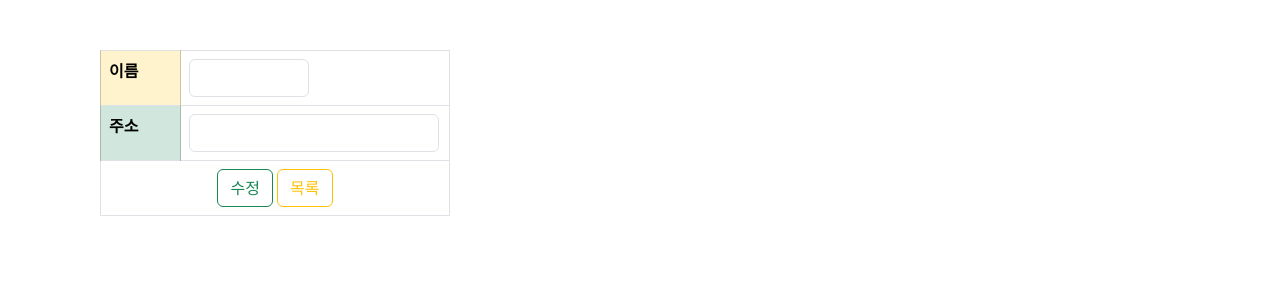
Repository: GANADAG/jspProject
Page: http://localhost/JspProject/info/updateform.jsp
The author's editor kept a copy of each file at every save. The page is drawn from the files as they stood at one save, then again after the next save.
The browser window is 1280 px wide. The pictures show the whole page.
Some web fonts or font styles are not loaded; a fallback is used. The page is served by Tomcat 9. Other server files are loaded and not shown. Queries for data that is not in the repository find no rows.

Above is the page before, as saved 2024-02-29 05:42:34.

### JspProject/src/main/webapp/info/updateform.jsp
<%@page import="info.model.InfoDto"%>
<%@page import="info.model.InfoDao"%>
<%@ page language="java" contentType="text/html; charset=UTF-8"
    pageEncoding="UTF-8"%>
<!DOCTYPE html>
<html>
<head>
<meta charset="UTF-8">
<link href="https://cdn.jsdelivr.net/npm/bootstrap@5.3.2/dist/css/bootstrap.min.css" rel="stylesheet">
<link href="https://fonts.googleapis.com/css2?family=Diphylleia&family=Dongle&family=Noto+Sans+KR:wght@100..900&family=Orbit&family=Stylish&display=swap" rel="stylesheet">
<script src="https://code.jquery.com/jquery-3.7.0.js"></script>

<title>Insert title here</title>
</head>
<%
	String num=request.getParameter("num");
	InfoDao dao=new InfoDao();
	InfoDto dto=dao.getData(num);
%>
<body>
	<div style="margin: 50px 100px;">
		<form action="updateaction.jsp" method="post">
			<table class="table table-bordered" style="width: 350px;">
				<tr>
					<th class="table-warning" width="80">이름</th>
					<td>
						<input type="text" name="name" palceholder="이름"
						required="required" class="form-control" style="width:120px">
					</td>
				</tr>

				<tr>
					<th class="table-success" width="80">주소</th>
					<td>
						<input type="text" name="addr" palceholder="주소"
						required="required" class="form-control" style="width:250px">
					</td>
				</tr>

				<tr>
					<td colspan="2" align="center">
						<input type="submit" value="수정" class="btn btn-outline-success">
						<input type="button" value="목록" class="btn btn-outline-warning"
						onclick="location.href=list.jsp">

					</td>
				</tr>
			</table>
		</form>

	</div>
</body>
</html>

### JspProject/src/main/java/info/model/InfoDao.java
package info.model;

import java.sql.Connection;
import java.sql.PreparedStatement;
import java.sql.ResultSet;
import java.sql.SQLException;
import java.util.Vector;

import oracle.db.DbConnect;

public class InfoDao {

	DbConnect db=new DbConnect();

	public void infoInsert(InfoDto dto)
	{
		Connection conn=db.getConnection();
		PreparedStatement pstmt=null;

		String sql="insert into info values(seq_1.nextval,?,?,sysdate)";

		try {
			pstmt=conn.prepareStatement(sql);

			//?바인딩 해주기
			pstmt.setString(1, dto.getName());
			pstmt.setString(2, dto.getAddr());

			//업데이트
			pstmt.execute();
		} catch (SQLException e) {
			// TODO Auto-generated catch block
			e.printStackTrace();
		}finally {
			db.dbClose(pstmt, conn);
		}
	}

	//전체데이터 조회
	public Vector<InfoDto> getAllDatas()
	{
		Vector<InfoDto> list=new Vector<InfoDto>();

		Connection conn=db.getConnection();
		PreparedStatement pstmt=null;
		ResultSet rs=null;

		String sql="select * from info order by num";

		try {
			pstmt=conn.prepareStatement(sql);
			rs=pstmt.executeQuery();

			//여러개의 데이타 얻을땐 while
			while(rs.next())
			{
				InfoDto dto=new InfoDto();

				dto.setNum(rs.getString("num"));
				dto.setName(rs.getString("name"));
				dto.setAddr(rs.getString("addr"));
				dto.setSdate(rs.getTimestamp("sdate"));

				//벡터에 추가
				list.add(dto);
			}
		} catch (SQLException e) {
			// TODO Auto-generated catch block
			e.printStackTrace();
		}finally {
			db.dbClose(rs, pstmt, conn);
		}
		return list;
	}

	//삭제
	public void infoDelete(String num)
	{
		Connection conn=db.getConnection();
		PreparedStatement pstmt=null;

		String sql="delete from info where num=";

		try {
			pstmt=conn.prepareStatement(sql);

			//바인딩
			pstmt.setString(1, num);
			//업데이트
			pstmt.execute();
		} catch (SQLException e) {
			// TODO Auto-generated catch block
			e.printStackTrace();
		}finally {
			db.dbClose(pstmt, conn);
		}

	}

	//수정버튼 누르면 하나의 데이터조회
	public InfoDto getData(String num)
	{
		InfoDto dto=new InfoDto();

		Connection conn=db.getConnection();
		PreparedStatement pstmt=null;
		ResultSet rs=null;

		String sql="select * from info where num=?";

		try {
			pstmt=conn.prepareStatement(sql);
			pstmt.setString(1, num);
			rs=pstmt.executeQuery();

			//수정하려는 1개의 데이터 조회
			if(rs.next())
			{
				dto.setNum(rs.getString("num"));
				dto.setName(rs.getString("name"));
				dto.setAddr(rs.getString("addr"));

			}
		} catch (SQLException e) {
			// TODO Auto-generated catch block
			e.printStackTrace();
		}finally {
			db.dbClose(rs, pstmt, conn);
		}

		return dto;
	}
}

### JspProject/src/main/java/oracle/db/DbConnect.java
package oracle.db;

import java.sql.Connection;
import java.sql.DriverManager;
import java.sql.PreparedStatement;
import java.sql.ResultSet;
import java.sql.SQLException;
import java.sql.Statement;

public class DbConnect {

   static final String ORACLEDRIVER="oracle.jdbc.OracleDriver";
   static final String ORACLE_URL="jdbc:oracle:thin:@localhost:1521:XE";



   public DbConnect() {

      try {
         Class.forName(ORACLEDRIVER);
         System.out.println("드라이버성공");
      } catch (ClassNotFoundException e) {
         // TODO Auto-generated catch block
         System.out.println("오라클드라이버 실패"+ e.getMessage());
      }

   }

   public Connection getConnection()
   {
      Connection conn=null;

      try {
         conn=DriverManager.getConnection(ORACLE_URL, "dlguswn", "a1234");
         System.out.println("오라클연결성공");
      } catch (SQLException e) {
         // TODO Auto-generated catch block
         e.printStackTrace();
         System.out.println("오라클연결실패: "+ e.getMessage());
      }

      return conn;

   }
   //close 총 4개 오버로딩
   public void dbClose(ResultSet rs,Statement stmt,Connection conn)
   {

		try {
			 if(rs!=null) rs.close();
			 if(stmt!=null) stmt.close();
			 if(conn!=null) conn.close();
		} catch (SQLException e) {
			// TODO Auto-generated catch block
			e.printStackTrace();
		}
   }

   public void dbClose(Statement stmt,Connection conn)
   {

		try {

			 if(stmt!=null) stmt.close();
			 if(conn!=null) conn.close();
		} catch (SQLException e) {
			// TODO Auto-generated catch block
			e.printStackTrace();
		}
   }

   public void dbClose(ResultSet rs,PreparedStatement pstmt,Connection conn)
   {

		try {
			 if(rs!=null) rs.close();
			 if(pstmt!=null) pstmt.close();
			 if(conn!=null) conn.close();
		} catch (SQLException e) {
			// TODO Auto-generated catch block
			e.printStackTrace();
		}
   }

   public void dbClose(PreparedStatement pstmt,Connection conn)
   {

		try {

			 if(pstmt!=null) pstmt.close();
			 if(conn!=null) conn.close();
		} catch (SQLException e) {
			// TODO Auto-generated catch block
			e.printStackTrace();
		}
   }


}

### JspProject/src/main/java/info/model/InfoDto.java
package info.model;

import java.sql.Timestamp;

public class InfoDto {

	private String num;
	private String name;
	private String addr;
	private Timestamp sdate;

	public String getNum() {
		return num;
	}
	public void setNum(String num) {
		this.num = num;
	}
	public String getName() {
		return name;
	}
	public void setName(String name) {
		this.name = name;
	}
	public String getAddr() {
		return addr;
	}
	public void setAddr(String addr) {
		this.addr = addr;
	}
	public Timestamp getSdate() {
		return sdate;
	}
	public void setSdate(Timestamp sdate) {
		this.sdate = sdate;
	}


}

After the next save:
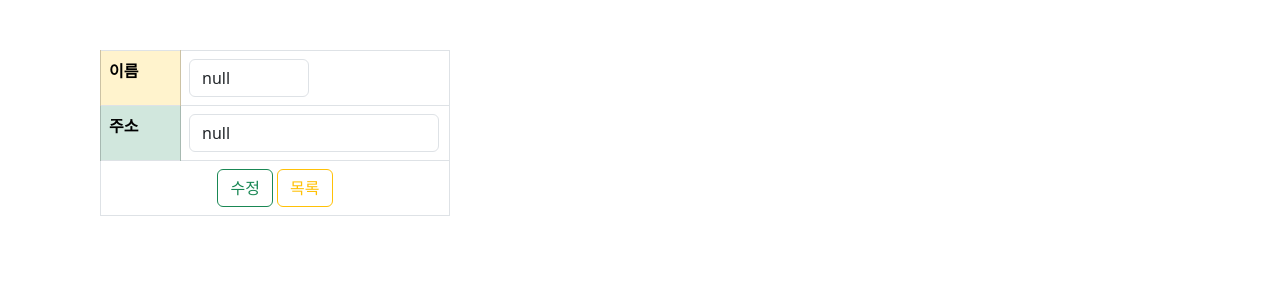
Saved 105 s later.
--- a/JspProject/src/main/webapp/info/updateform.jsp
+++ b/JspProject/src/main/webapp/info/updateform.jsp
@@ -25,7 +25,8 @@
 					<th class="table-warning" width="80">이름</th>
 					<td>
 						<input type="text" name="name" palceholder="이름"
-						required="required" class="form-control" style="width:120px">
+						required="required" class="form-control" style="width:120px"
+						value="<%=dto.getName()%>">
 					</td>
 				</tr>
 
@@ -33,7 +34,8 @@
 					<th class="table-success" width="80">주소</th>
 					<td>
 						<input type="text" name="addr" palceholder="주소"
-						required="required" class="form-control" style="width:250px">
+						required="required" class="form-control" style="width:250px"
+						value="<%=dto.getAddr()%>">
 					</td>
 				</tr>
 
